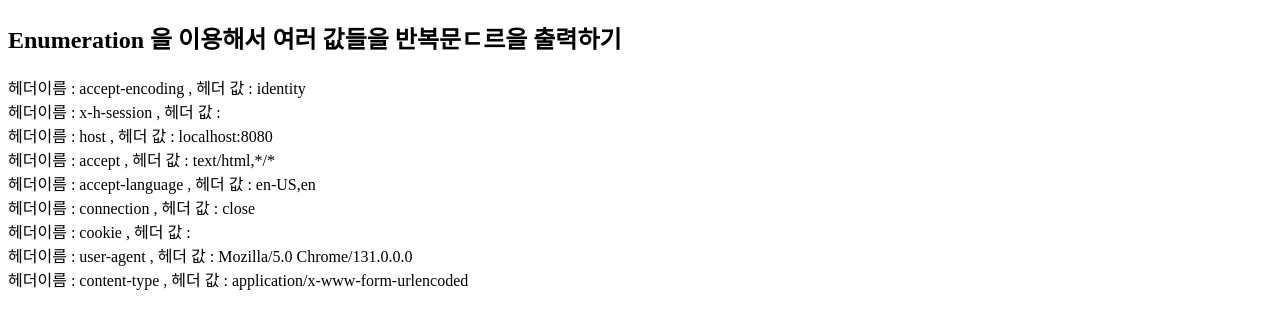
Repository: hodob/JSP_Practice
Page: http://localhost/JSP_WebMarket_JJH/ch05_ex/ex1_1.jsp
These files come from the project's save history. The page is drawn as it stood at one moment and after the next save; the edit follows.
The browser window is 1280 px wide. The pictures show the whole page.
The page is served by Tomcat 9.

Above is the page before, as saved 2022-08-10 05:19:08.

After the next save:
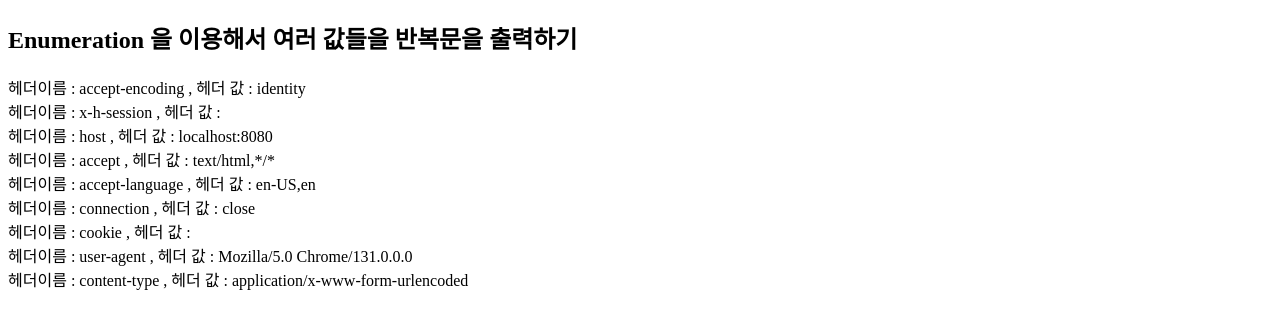
Saved 55 min 28 s later.
--- a/JSP_WebMarket_JJH/WebContent/ch05_ex/ex1_1.jsp
+++ b/JSP_WebMarket_JJH/WebContent/ch05_ex/ex1_1.jsp
@@ -9,7 +9,7 @@
 </head>
 <body>
 
-<h2> Enumeration 을 이용해서 여러 값들을 반복문ㄷ르을 출력하기 </h2>
+<h2> Enumeration 을 이용해서 여러 값들을 반복문을 출력하기 </h2>
 <%
 Enumeration en =request.getHeaderNames();
 while(en.hasMoreElements()){
